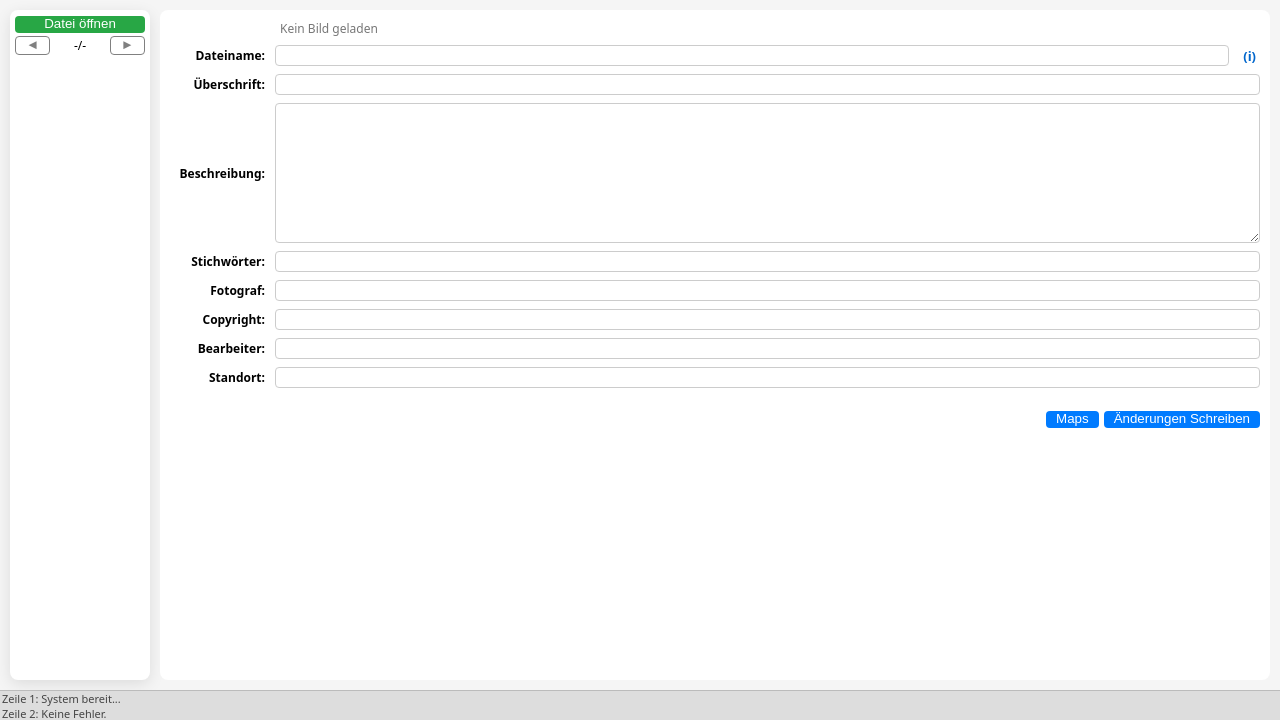
Repository: h-fahle/metadata
Page: ui/index.html
These files come from the project's save history. The page is drawn as it stood at one moment and after the next save; the edit follows.
The browser window is 1280 px wide. The pictures show the whole page.

Above is the page before, as saved 2026-08-19 17:49:35.

After the next save:
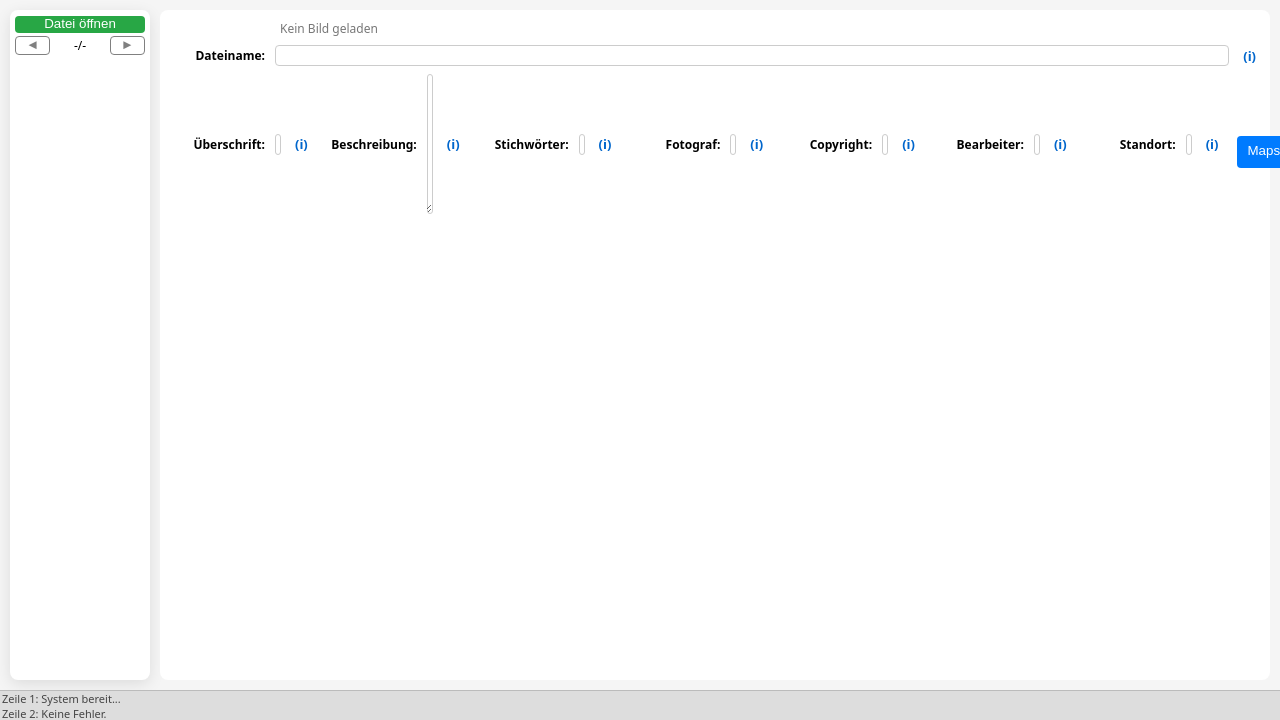
Saved 5 min 14 s later.
--- a/ui/index.html
+++ b/ui/index.html
@@ -53,20 +53,30 @@ Im Stapelmodus: Ordnername is nicht änderbar.!
 				</div>
 			</div>
 
-			<div class="form-row" data-tooltip=
-"Auch: (Dokument-)Titel, Schlagzeile, Headline">
+			<div class="form-row">
 				<label for="caption">Überschrift:</label>
 				<input type="text" id="caption" name="caption"/>
+				<div class="tooltip-container">
+					<span class="info-icon">(i)</span>
+					<div class="tooltip-box">
+						Auch: (Dokument-)Titel, Schlagzeile, Headline
+					</div>
+				</span>
 			</div>
 
-			<div class="form-row" data-tooltip=
-"Beschreibender Text in beliebiger Länge.
-(Im Stapelmodus wird der eingegebene Text
-   an vorhandenen angehängt.)
-Hinweis: Einige Programme zeigen nur 2.000 Zeichen
-   oder auch weniger an.">
+			<div class="form-row">
 				<label for="description">Beschreibung:</label>
 				<textarea id="description" name="description"></textarea>
+				<div class="tooltip-container">
+					<span class="info-icon">(i)</span>
+					<div class="tooltip-box">
+Beschreibender Text in beliebiger Länge.<br>
+(Im Stapelmodus wird der eingegebene Text<br>
+   an vorhandenen angehängt.)<br>
+Hinweis: Einige Programme zeigen nur 2.000 Zeichen<br>
+   oder auch weniger an.
+					</div>
+				</span>
 			</div>
 
 			<div class="form-row" data-tooltip=
@@ -75,6 +85,12 @@ Im Stapelmodus werden die eingegebenen Stichwörter
    an vorhandene angehängt.">
 				<label for="keywords">Stichwörter:</label>
 				<input type="text" id="keywords" name="keywords"/>
+				<div class="tooltip-container">
+					<span class="info-icon">(i)</span>
+					<div class="tooltip-box">
+
+					</div>
+				</span>
 			</div>
 
 			<div class="form-row" data-tooltip=
@@ -82,6 +98,12 @@ Im Stapelmodus werden die eingegebenen Stichwörter
 (Tags: Artitst, Creator, By-line)">
 				<label for="creator">Fotograf:</label>
 				<input type="text" id="creator" name="creator"/>
+				<div class="tooltip-container">
+					<span class="info-icon">(i)</span>
+					<div class="tooltip-box">
+
+					</div>
+				</span>
 			</div>
 
 			<div class="form-row" data-tooltip=
@@ -90,6 +112,12 @@ Name des Fotografen, Aufnahmejahr und Nutzungsrechte;
 (z.B. 'Copyright [1975] [Mustermann], Alle Rechte vorbehalten')">
 				<label for="copyright">Copyright:</label>
 				<input type="text" id="copyright" name="copyright"/>
+				<div class="tooltip-container">
+					<span class="info-icon">(i)</span>
+					<div class="tooltip-box">
+
+					</div>
+				</span>
 			</div>
 
 			<div class="form-row" data-tooltip=
@@ -97,6 +125,12 @@ Name des Fotografen, Aufnahmejahr und Nutzungsrechte;
 (Tags: Caption Writer, Writer Editor)">
 				<label for="editor">Bearbeiter:</label>
 				<input type="text" id="editor" name="editor"/>
+				<div class="tooltip-container">
+					<span class="info-icon">(i)</span>
+					<div class="tooltip-box">
+
+					</div>
+				</span>
 			</div>
 
 			<div class="form-row" data-tooltip=
@@ -108,6 +142,12 @@ Ermitteln der Koordinaten in der Google Maps-Karte:
      kopiert werden.">
 				<label for="position">Standort:</label>
 				<input type="text" id="position" name="position"/>
+				<div class="tooltip-container">
+					<span class="info-icon">(i)</span>
+					<div class="tooltip-box">
+
+					</div>
+				</span>
 			</div>
 
 			<!-- Button-Leiste -->
